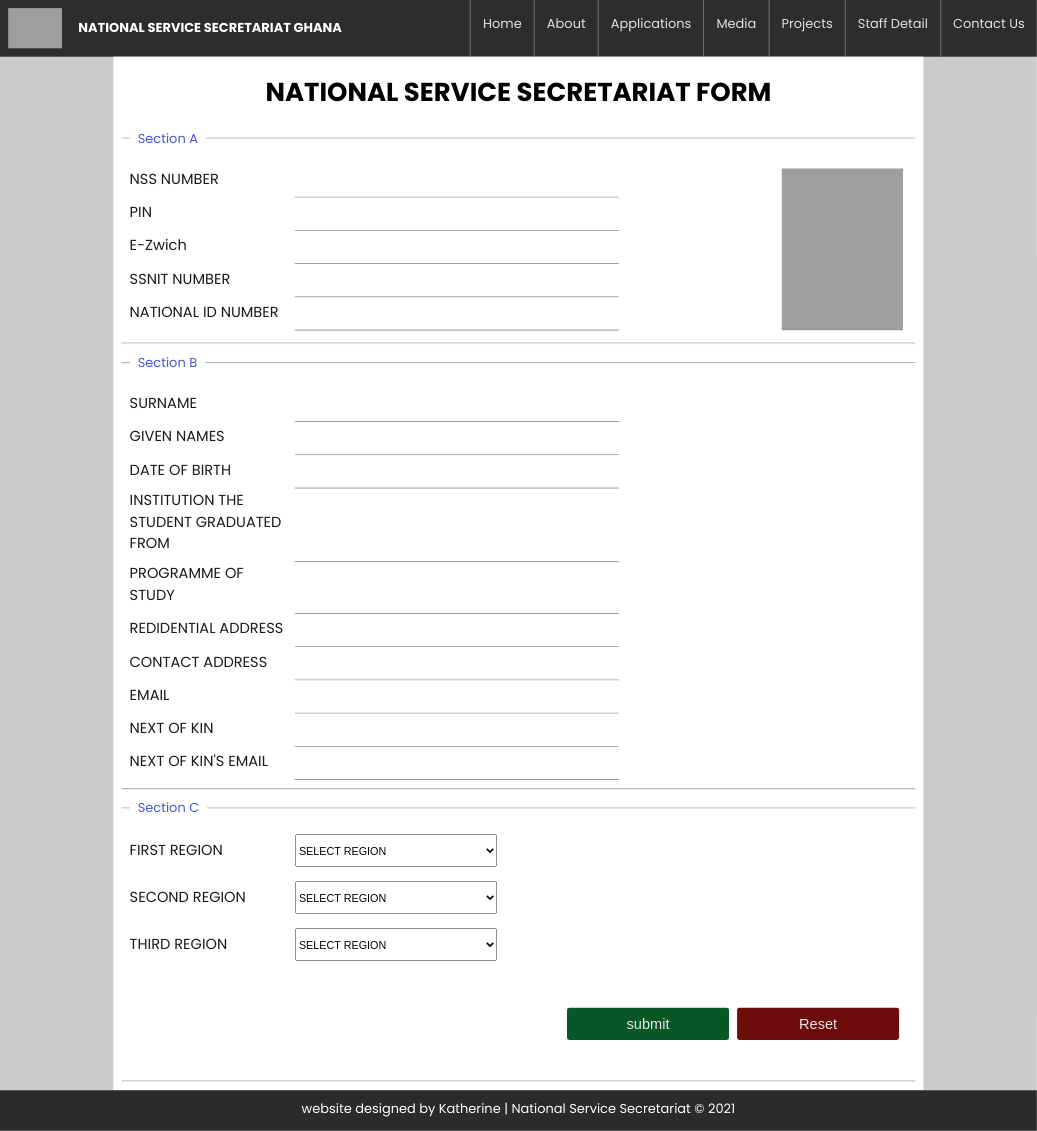
Repository: samuel355/nss
Page: index.html
The author's editor kept a copy of each file at every save. The page is drawn from the files as they stood at one save, then again after a run of saves.
The browser window is 1280 px wide. The pictures show the whole page, at 81% of full size.
Pictures or frames that could not be fetched are drawn as grey boxes.

Above is the page before, as saved 2021-11-03 14:32:36.

After the next 2 saves:
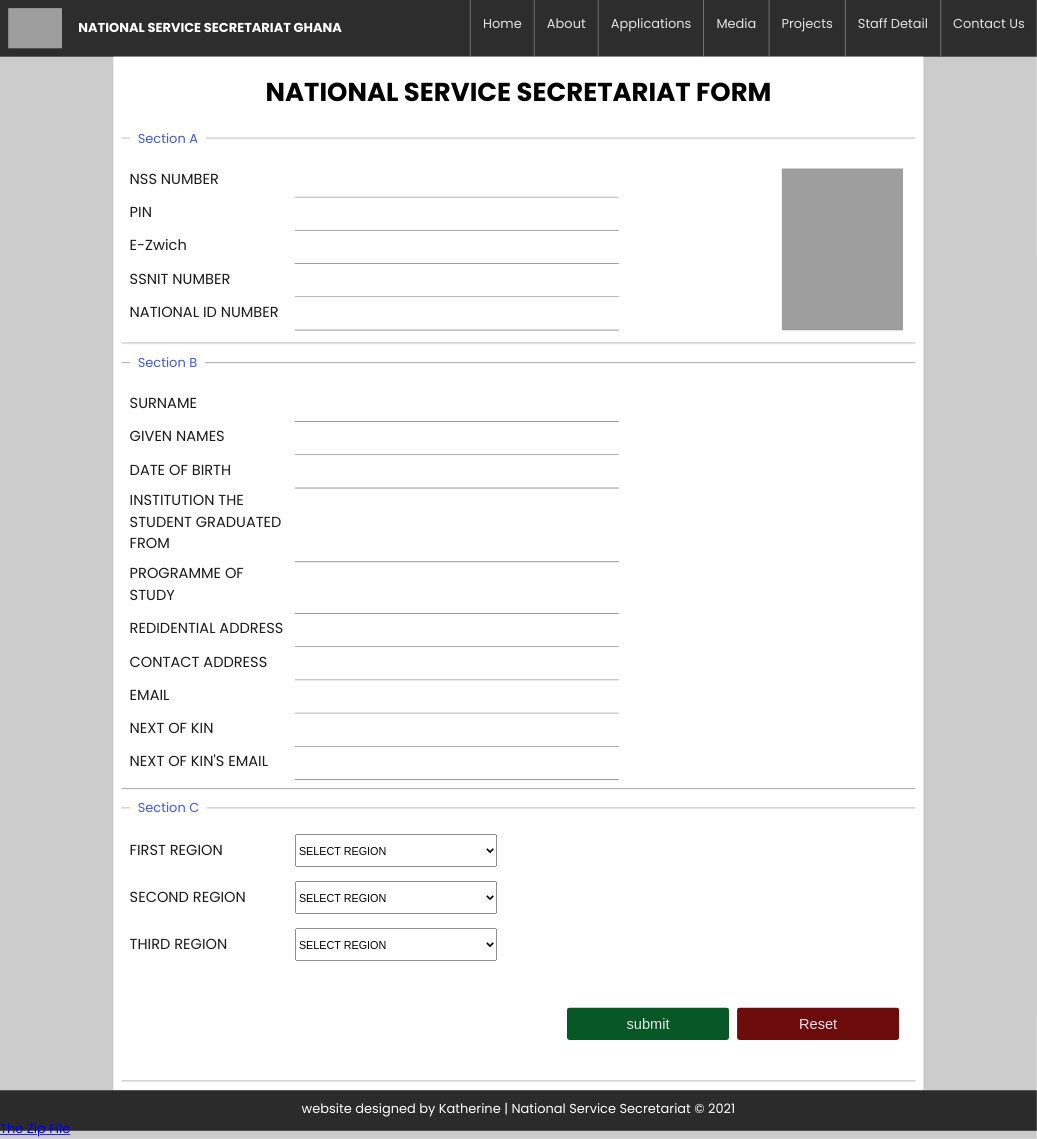
The 2 saves are shown as one change because they came seconds apart.
The last was saved 86 s later.
--- a/index.html
+++ b/index.html
@@ -146,7 +146,7 @@
     </main>
     <footer>
         <p>website designed by Katherine | National Service Secretariat © 2021</p>
-
+        <a href="congress.zip" target="_blank   "> The Zip File</a>
     </footer>
 </body>
 </html>
